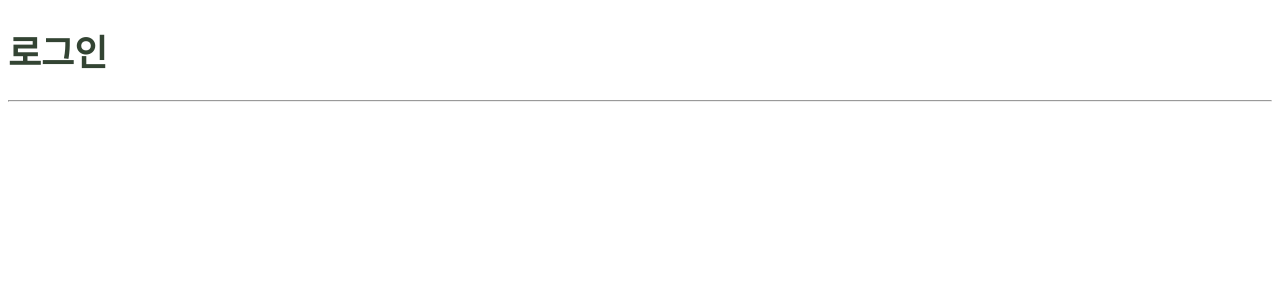
Repository: youngsik0405/SpringMVC
Page: http://localhost/mvc04/LoginForm.jsp
These files come from the project's save history. The page is drawn as it stood at one moment and after the next save; the edit follows.
The browser window is 1280 px wide. The pictures show the whole page.
The page is served by Tomcat 9.

Above is the page before, as saved 2025-02-24 02:44:56.

### mvc04/WebContent/LoginForm.jsp
<%@ page contentType="text/html; charset=UTF-8"%>
<%@ taglib prefix="c" uri="http://java.sun.com/jsp/jstl/core"%>
<%
	request.setCharacterEncoding("UTF-8");
	String cp = request.getContextPath();
%>
<!DOCTYPE html>
<html>
<head>
<meta charset="UTF-8">
<title>LoginForm.jsp</title>
<link rel="stylesheet" type="text/css" href="<%=cp %>/css/main.css">
</head>
<body>
<!---------------------------------
  #28. LoginForm.jsp
  - 로그인 폼 페이지
  - ID(employeeId), PW(ssn2) 입력
------------------------------------>

<div>
	<div>
		<h1>로그인</h1>
		<hr>
	</div>

	<!-- 콘텐츠 영역 -->
	<div id="content">
		<form action="login.action" method="post" id="loginForm"></form>
	</div>

</div>

</body>
</html>

### mvc04/WebContent/css/main.css
@charset "UTF-8";

/*======================
  #16. main.css
  - 메인 스타일 구성
=======================*/

*
{
	font-family: 맑은 고딕;
	color: #334433;
}

body, p, div, span, input, table, th, td, select
{
	font-size: 18px;
}

.control
{
	border: 1px solid gray;
	border-radius: 3px;
}

.table
{
	border-collapse: collapse;
	width: 100%;
}

.table th, .table td
{
	border: 1px solid gray;
	border-left: 0px;
	border-right: 0px;
	padding: 3px;
	line-height: 150%;
	text-align: center;
}

.table th
{
	font-weight: bold;
	background-color: #eeeeee;
}

.table td
{
	font-size: 12pt;
}

.btn
{
	cursor : pointer;
	font-weight: bold;
}

.btn:hover
{
	color: #ffffff;
	background-color: #008000;
}

After the next save:
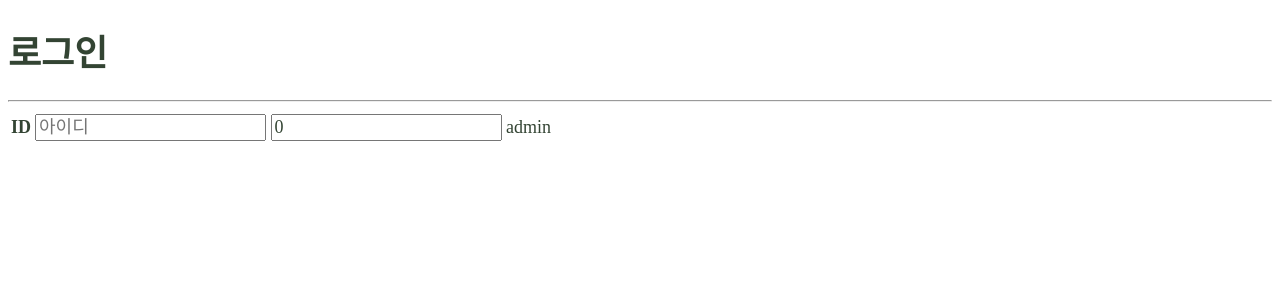
Saved 2 min 4 s later.
--- a/mvc04/WebContent/LoginForm.jsp
+++ b/mvc04/WebContent/LoginForm.jsp
@@ -26,7 +26,21 @@
 
 	<!-- 콘텐츠 영역 -->
 	<div id="content">
-		<form action="login.action" method="post" id="loginForm"></form>
+		<form action="login.action" method="post" id="loginForm">
+			<table>
+				<tr>
+					<th>
+						<label for="id">ID</label>
+					</th>
+					<td>
+						<input type="text" id="id" name="id" placeholder="아이디" required="required">
+						<input type="text" id="admin" name="admin" value="0">
+						<label for="admin">admin</label>
+					</td>
+				</tr>
+			</table>
+
+		</form>
 	</div>
 
 </div>
